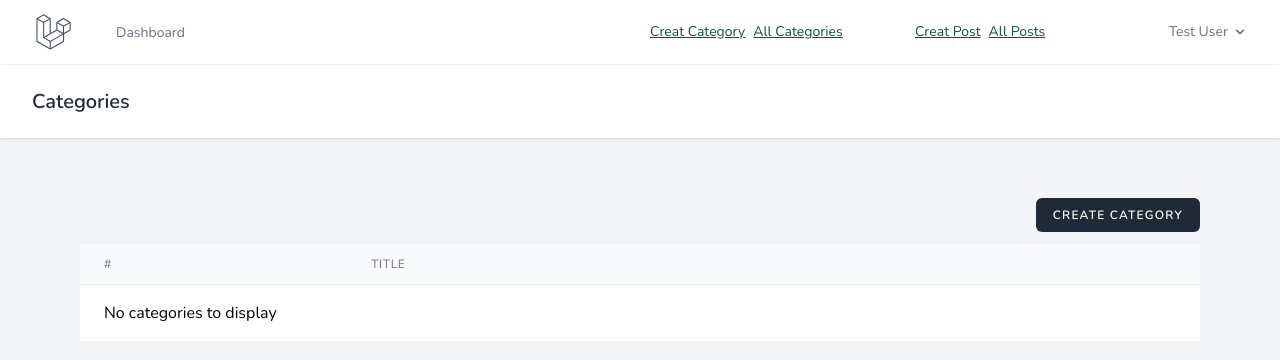
Repository: RaquelAlvarezz/lara-breeze-cms
Page: http://localhost/category
These files come from the project's save history. The page is drawn as it stood at one moment and after the next save; the edit follows.
The browser window is 1280 px wide. The pictures show the whole page.
The page is served by the project's Laravel application, run on PHP 8.4 with Laravel 8. A made-up administrator, Test User (test@example.com), is signed in. Style sheets and scripts are compiled from the project's sources, by tool versions that may differ from the author's. Queries for data that is not in the repository find no rows.

Above is the page before, as saved 2022-02-08 11:28:26.

After the next save:
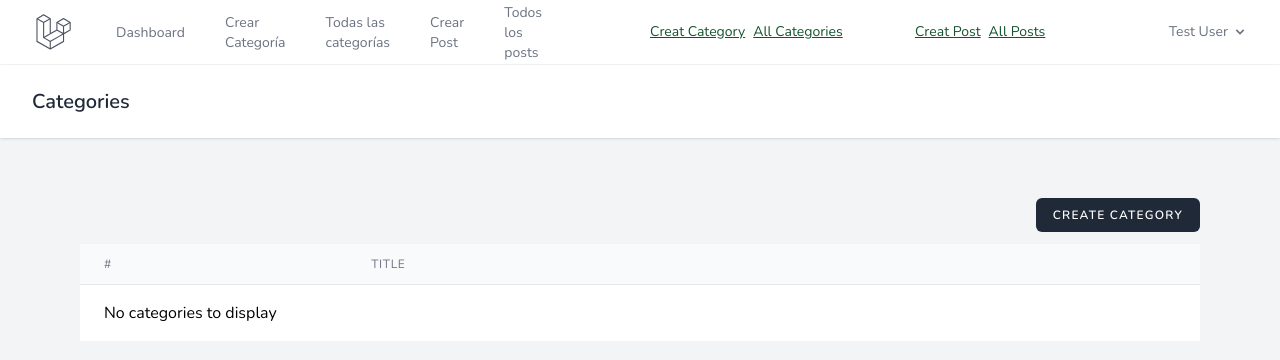
Saved 62 min 52 s later.
--- a/resources/views/layouts/navigation.blade.php
+++ b/resources/views/layouts/navigation.blade.php
@@ -13,6 +13,18 @@
                 <div class="hidden space-x-8 sm:-my-px sm:ml-10 sm:flex">
                     <x-nav-link :href="route('dashboard')" :active="request()->routeIs('dashboard')">
                         {{ __('Dashboard') }}
+                    </x-nav-link>
+                    <x-nav-link :href="route('category.create')" :active="request()->routeIs('dashboard')">
+                        {{ ('Crear Categoría') }}
+                    </x-nav-link>
+                    <x-nav-link :href="route('category.index')" :active="request()->routeIs('dashboard')">
+                        {{ ('Todas las categorías') }}
+                    </x-nav-link>
+                    <x-nav-link :href="route('post.create')" :active="request()->routeIs('dashboard')">
+                        {{ ('Crear Post') }}
+                    </x-nav-link>
+                    <x-nav-link :href="route('post.index')" :active="request()->routeIs('dashboard')">
+                        {{ ('Todos los posts') }}
                     </x-nav-link>
                 </div>
             </div>
